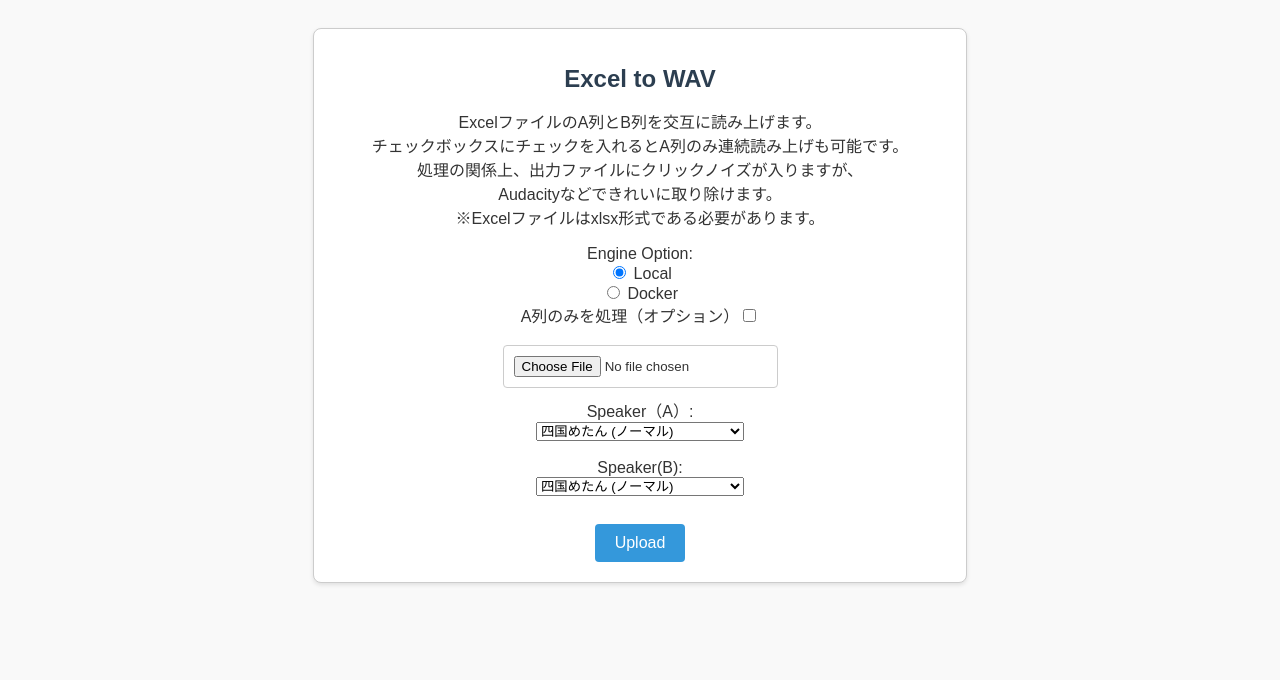
Repository: limonene213u/Excel-to-VOICE
Page: http://localhost/
These files come from the project's save history. The page is drawn as it stood at one moment and after the next save; the edit follows.
The browser window is 1280 px wide. The pictures show the whole page.
The page is served by the project's application, run on Flask 3 (volume/app.py).

Above is the page before, as saved 2023-10-11 10:47:49.

After the next save:
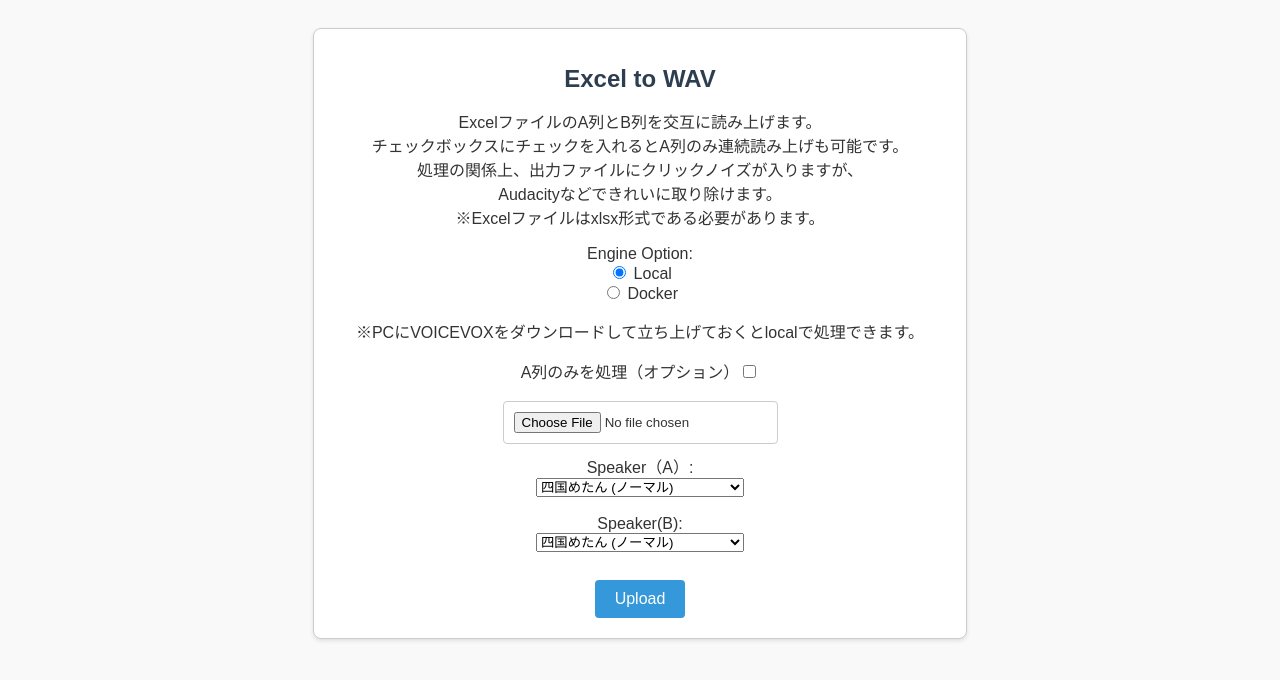
Saved 80 s later.
--- a/volume/templates/index.html
+++ b/volume/templates/index.html
@@ -61,6 +61,7 @@
         <label for="local-engine">Local</label><br>
         <input type="radio" id="docker-engine" name="engine-option" value="docker">
         <label for="docker-engine">Docker</label><br>
+        <p style="text-align: center;">※PCにVOICEVOXをダウンロードして立ち上げておくとlocalで処理できます。</p>
         <label for="single_column">A列のみを処理（オプション）</label><input type="checkbox" name="single_column" id="single_column"><br><br>
         <input type="file" name="file" accept=".xlsx" required>
         <br>
